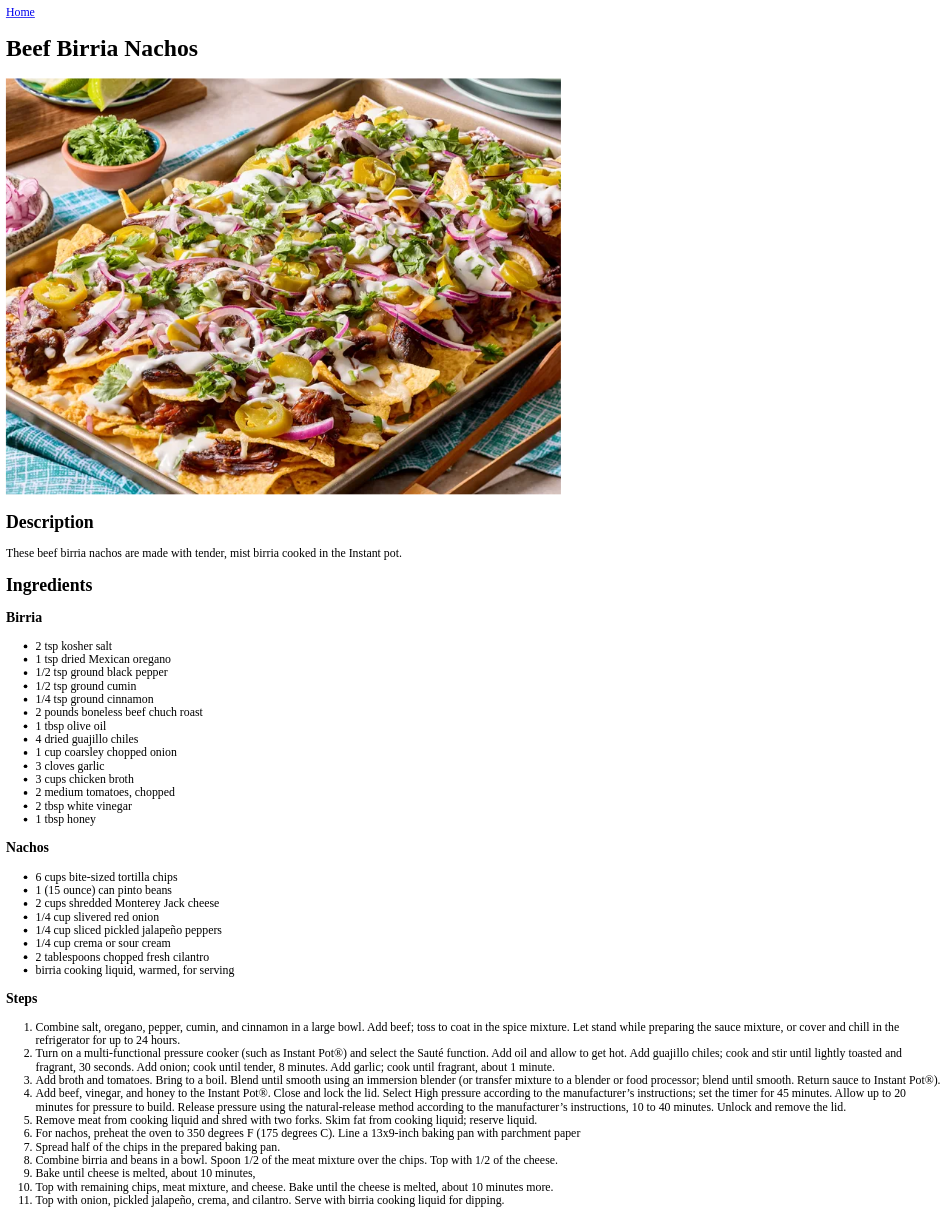
Repository: itsDevAK/odin-recipes
Page: recipes/nachos.html
These files come from the project's save history. The page is drawn as it stood at one moment and after the next save; the edit follows.
The browser window is 1280 px wide. The pictures show the whole page, at 74% of full size.

Above is the page before, as saved 2026-09-17 12:47:34.

### recipes/nachos.html
<!DOCTYPE html>
<html lang="en">
<head>
    <meta charset="UTF-8">
    <meta name="viewport" content="width=device-width, initial-scale=1.0">
    <title>Beef Birria Nachos</title>
</head>
<body>
    <a href="../index.html">Home</a>
    <h1>Beef Birria Nachos</h1>
    <img src="../images/nachos.webp" alt="">
    <h2>Description</h2>
    <p>These beef birria nachos are made with tender, mist birria cooked in the Instant pot.</p>
    <h2>Ingredients</h2>
    <h3>Birria</h3>
    <ul>
        <li>2 tsp kosher salt</li>
        <li>1 tsp dried Mexican oregano</li>
        <li>1/2 tsp ground black pepper</li>
        <li>1/2 tsp ground cumin</li>
        <li>1/4 tsp ground cinnamon</li>
        <li>2 pounds boneless beef chuch roast</li>
        <li>1 tbsp olive oil</li>
        <li>4 dried guajillo chiles</li>
        <li>1 cup coarsley chopped onion</li>
        <li>3 cloves garlic</li>
        <li>3 cups chicken broth</li>
        <li>2 medium tomatoes, chopped</li>
        <li>2 tbsp white vinegar</li>
        <li>1 tbsp honey</li>
    </ul>
    <h3>Nachos</h3>
    <ul>
        <li>6 cups bite-sized tortilla chips</li>
        <li>1 (15 ounce) can pinto beans</li>
        <li>2 cups shredded Monterey Jack cheese</li>
        <li>1/4 cup slivered red onion</li>
        <li>1/4 cup sliced pickled jalapeño peppers</li>
        <li>1/4 cup crema or sour cream</li>
        <li>2 tablespoons chopped fresh cilantro</li>
        <li>birria cooking liquid, warmed, for serving</li>
    </ul>
    <h3>Steps</h3>
    <ol>
        <li>Combine salt, oregano, pepper, cumin, and cinnamon in a large bowl. Add beef; toss to coat in the spice mixture. Let stand while preparing the sauce mixture, or cover and chill in the refrigerator for up to 24 hours.</li>
        <li>Turn on a multi-functional pressure cooker (such as Instant Pot®) and select the Sauté function. Add oil and allow to get hot. Add guajillo chiles; cook and stir until lightly toasted and fragrant, 30 seconds. Add onion; cook until tender, 8 minutes. Add garlic; cook until fragrant, about 1 minute.</li>
        <li>Add broth and tomatoes. Bring to a boil. Blend until smooth using an immersion blender (or transfer mixture to a blender or food processor; blend until smooth. Return sauce to Instant Pot®). </li>
        <li>Add beef, vinegar, and honey to the Instant Pot®. Close and lock the lid. Select High pressure according to the manufacturer’s instructions; set the timer for 45 minutes. Allow up to 20 minutes for pressure to build. Release pressure using the natural-release method according to the manufacturer’s instructions, 10 to 40 minutes. Unlock and remove the lid.</li>
        <li>Remove meat from cooking liquid and shred with two forks. Skim fat from cooking liquid; reserve liquid.</li>
        <li>For nachos, preheat the oven to 350 degrees F (175 degrees C). Line a 13x9-inch baking pan with parchment paper</li>
        <li>Spread half of the chips in the prepared baking pan.</li>
        <li>Combine birria and beans in a bowl. Spoon 1/2 of the meat mixture over the chips. Top with 1/2 of the cheese. </li>
        <li>Bake until cheese is melted, about 10 minutes,</li>
        <li>Top with remaining chips, meat mixture, and cheese. Bake until the cheese is melted, about 10 minutes more.</li>
        <li>Top with onion, pickled jalapeño, crema, and cilantro. Serve with birria cooking liquid for dipping.</li>
    </ol>
</body>
</html>

After the next save:
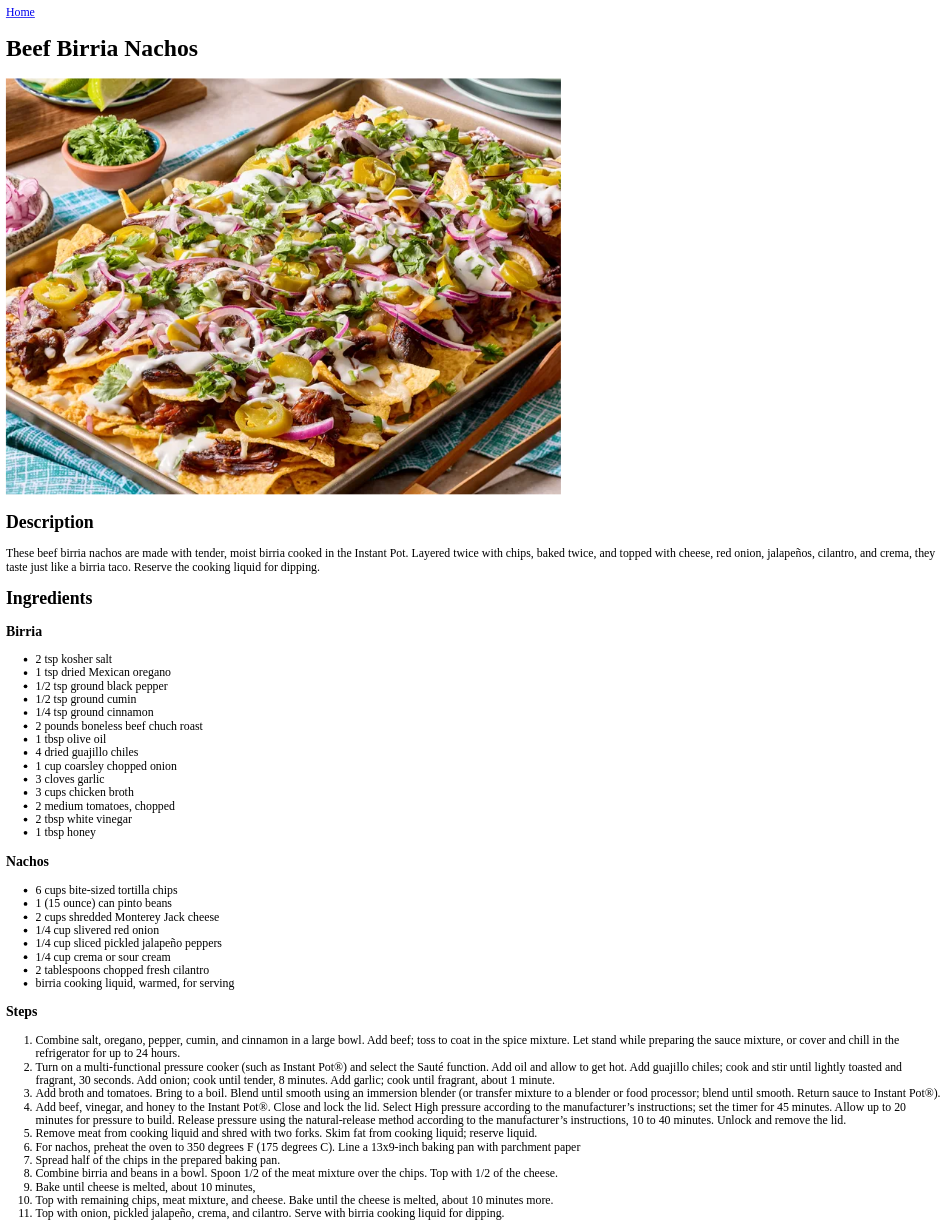
Saved 14 s later.
--- a/recipes/nachos.html
+++ b/recipes/nachos.html
@@ -10,7 +10,7 @@
     <h1>Beef Birria Nachos</h1>
     <img src="../images/nachos.webp" alt="">
     <h2>Description</h2>
-    <p>These beef birria nachos are made with tender, mist birria cooked in the Instant pot.</p>
+    <p>These beef birria nachos are made with tender, moist birria cooked in the Instant Pot. Layered twice with chips, baked twice, and topped with cheese, red onion, jalapeños, cilantro, and crema, they taste just like a birria taco. Reserve the cooking liquid for dipping.</p>
     <h2>Ingredients</h2>
     <h3>Birria</h3>
     <ul>
